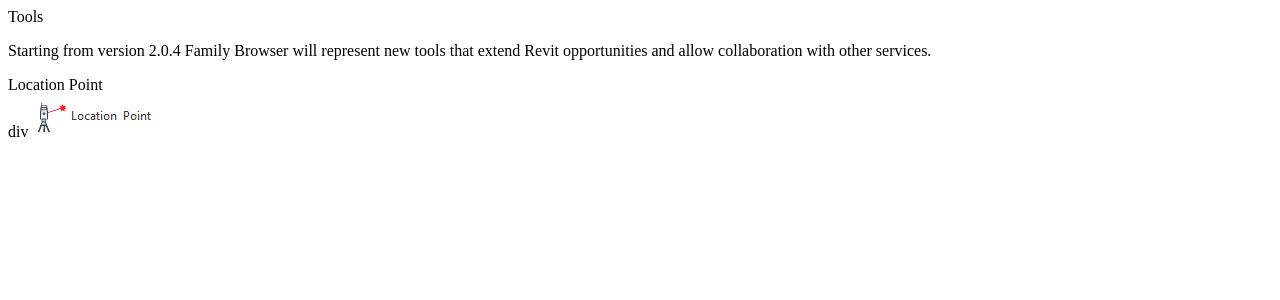
Repository: RomanLavrov/FamilyBrowserUserGuide
Page: http://localhost/FamilyBrowser/application/views/en/tools_view.php
An editor plug-in stored every save of this project. The page is shown before and after a run of saves, followed by the edit.
The browser window is 1280 px wide. The pictures show the whole page.
The page is run by PHP 8.4 with error messages shown; the project is at /var/www/html/.

Above is the page before, as saved 2019-10-24 11:45:37.

After the next 3 saves:
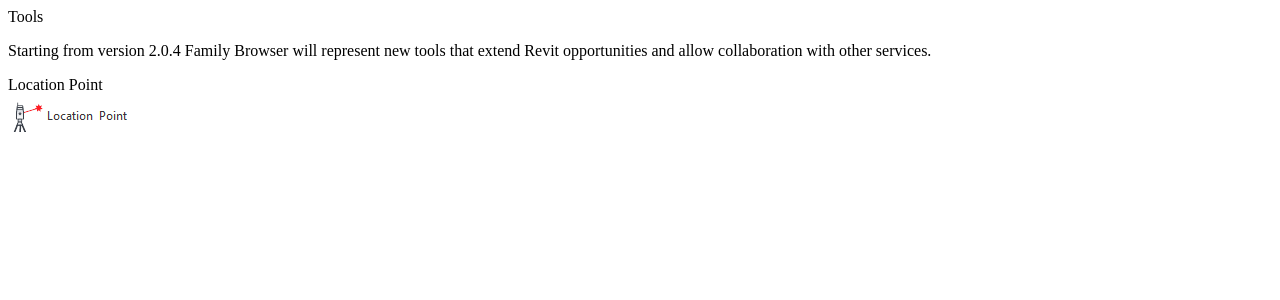
The 3 saves are shown as one change because they came seconds apart.
The last was saved 8 s later.
--- a/FamilyBrowser/application/views/en/tools_view.php
+++ b/FamilyBrowser/application/views/en/tools_view.php
@@ -6,5 +6,6 @@
 </div>
 
 <div class="article-header">Location Point</div>
-div
+<div>
 <img src="/FamilyBrowser/images/LocationPointButton_en.png" alt="">
+</div>
